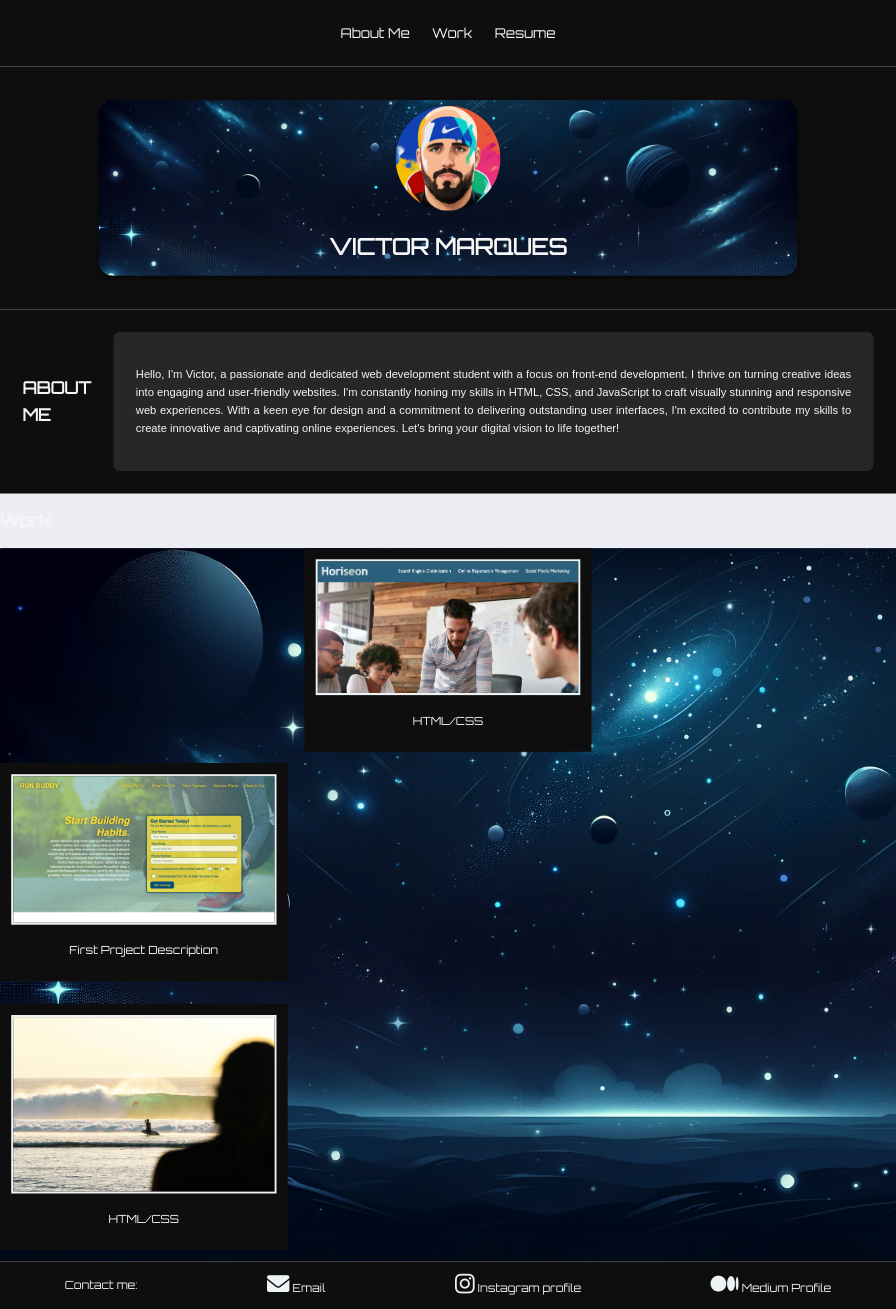
Repository: uvee35/Challenge2-Victor
Page: index.html
These files come from the project's save history. The page is drawn as it stood at one moment and after the next save; the edit follows.
The browser window is 1280 px wide. The pictures show the whole page, at 70% of full size.

Above is the page before, as saved 2023-12-12 21:09:35.

After the next save:
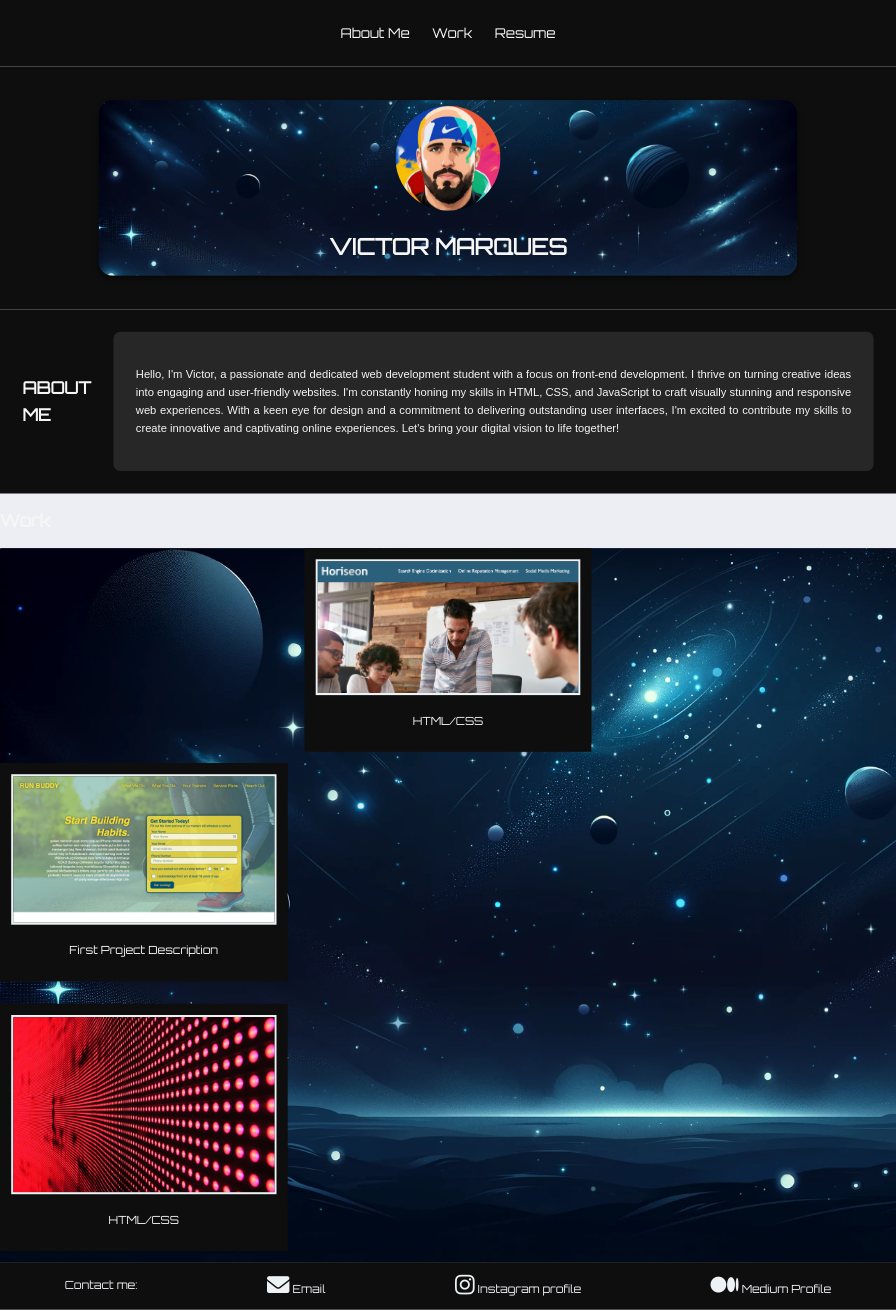
Saved 14 s later.
--- a/index.html
+++ b/index.html
@@ -80,7 +80,7 @@
           </div>
           <div class="project">
             <img
-              src="./assets/02-portfolio-4.jpg"
+              src="./assets/02-portfolio-1.jpg"
               alt="Second Project Description"
               class="work__image"
             />
